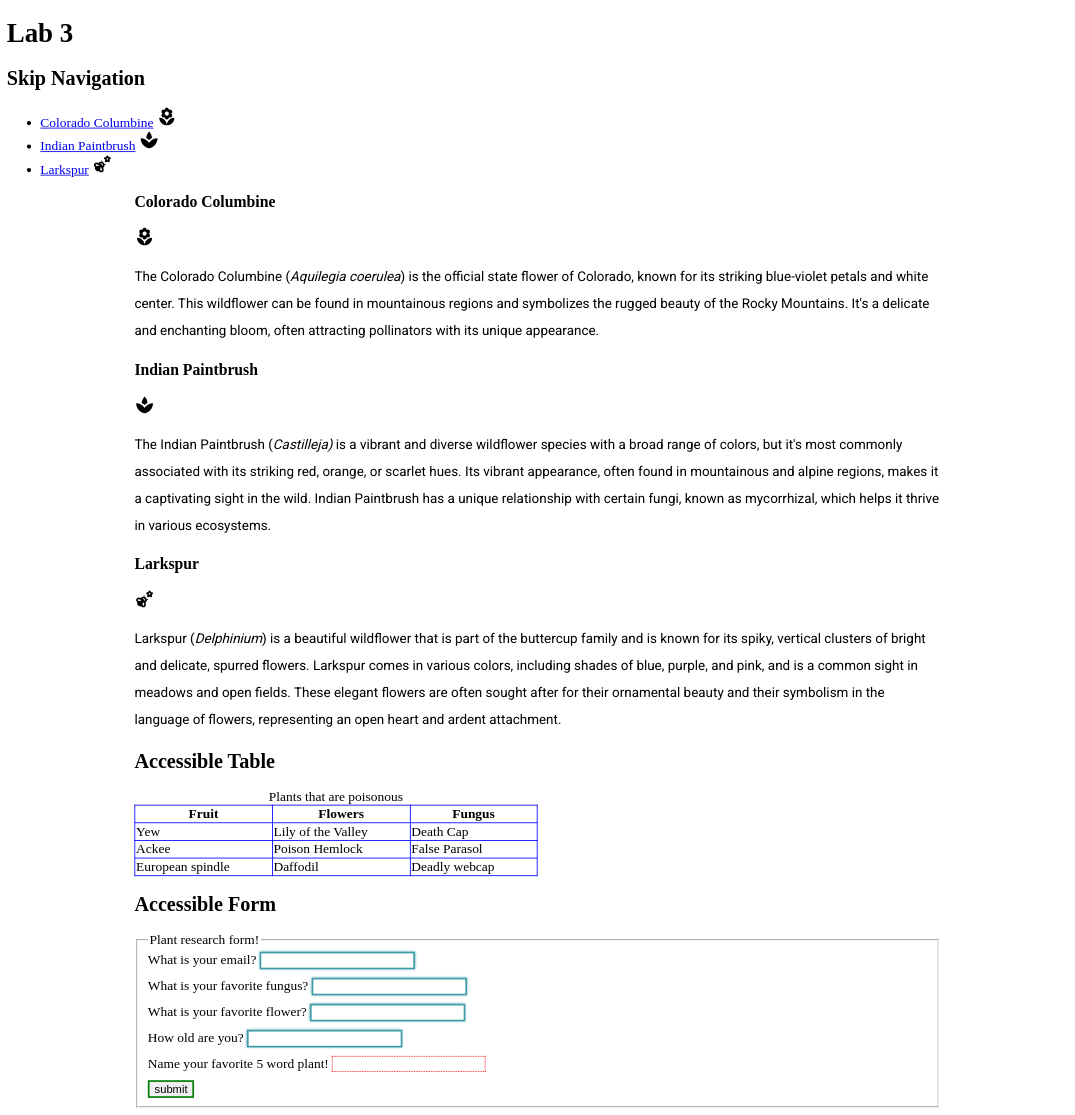
Repository: ethan-schrauf/UniversalDesignWebsite
Page: lab3.html
An editor plug-in stored every save of this project. The page is shown before and after the next save, followed by the edit.
The browser window is 1280 px wide. The pictures show the whole page, at 84% of full size.

Above is the page before, as saved 2023-10-26 12:07:07.

### lab3.html

<!DOCTYPE html>
<html lang="en">
<head>
  <meta charset="UTF-8">
  <meta name="viewport" content="width=device-width, initial-scale=1.0">
  <meta http-equiv="X-UA-Compatible" content="ie=edge">
  <title>Lab 3</title>
  <link href="lab3.css" rel="stylesheet">
</head>
<body>
  <a href="#main-content" class="skip-link">Skip Navigation</a>
  <h1>Lab 3</h1>


    <h2>Skip Navigation</h2>
        <nav>
          <h2 class="sr-only">Main Navigation</h2>
            <ul>
                <li><a href="#colorado-columbine">Colorado Columbine</a> <span aria-hidden="true"
                        class="material-icons">local_florist</span></li>
                <li><a href="#indian-paintbrush">Indian Paintbrush</a> <span aria-hidden="true"
                        class="material-icons">spa</span></li>
                <li><a href="#larkspur">Larkspur</a> <span aria-hidden="true"
                        class="material-icons">emoji_nature</span></li>
            </ul>
        </nav>
        <div class = "container" >
  <main id="main-content">
  <section id="colorado-columbine">
    <h3>Colorado Columbine</h3>
    <span aria-hidden="true" class="material-icons">local_florist</span>
    <p>The Colorado Columbine (<i>Aquilegia coerulea</i>) is the official state flower of Colorado, known for its
        striking blue-violet petals and white center. This wildflower can be found in mountainous regions and
        symbolizes the rugged beauty of the Rocky Mountains. It's a delicate and enchanting bloom, often
        attracting pollinators with its unique appearance.</p>
</section>

<section id="indian-paintbrush">
  <h3>Indian Paintbrush</h3>
  <span aria-hidden="true" class="material-icons">spa</span>
  <p>The Indian Paintbrush (<i>Castilleja)</i> is a vibrant and diverse wildflower species with a broad range of
      colors, but it's most commonly associated with its striking red, orange, or scarlet hues. Its vibrant
      appearance, often found in mountainous and alpine regions, makes it a captivating sight in the wild.
      Indian Paintbrush has a unique relationship with certain fungi, known as mycorrhizal, which helps it
      thrive in various ecosystems.</p>
</section>
<section id="larkspur">
  <h3>Larkspur</h3>
  <span aria-hidden="true" class="material-icons">emoji_nature</span>
  <p>Larkspur (<i>Delphinium</i>) is a beautiful wildflower that is part of the buttercup family and is known for
      its spiky, vertical clusters of bright and delicate, spurred flowers. Larkspur comes in various
      colors, including shades of blue, purple, and pink, and is a common sight in meadows and open
      fields. These elegant flowers are often sought after for their ornamental beauty and their symbolism
      in the language of flowers, representing an open heart and ardent attachment.</p>
</section>



<!-- TABLE -->
  <!-- A sandwhich and each sandwhich needs a name -->
  <section id="table">
  <h2>Accessible Table</h2>
  <table>
      <caption>Plants that are poisonous</caption>
      <thead>
          <tr>
              <th scope="col">Fruit</th>
              <th scope="col">Flowers</th>
              <th scope="col">Fungus</th>
          </tr>
      </thead>
      <tbody>
          <tr>
              <td>Yew</td>
              <td>Lily of the Valley</td>
              <td>Death Cap</td>
          </tr>
          <tr>
              <td>Ackee</td>
              <td>Poison Hemlock</td>
              <td>False Parasol</td>
          </tr>
          <tr>
              <td>European spindle</td>
              <td>Daffodil</td>
              <td>Deadly webcap</td>
          </tr>
      </tbody>
  </table>
</section>

<!-- zif there's a section within a section use an h3  add hyphens to section ids-->
  <section id="accessible-form">
  <h2>Accessible Form</h2>
    <form id="myform" method="post">
    <fieldset>
      <legend>Plant research form!</legend>

      <label for="email">
      What is your email?
      <input type="email" id="email">
      </label>

      <label for="website">
      What is your favorite fungus?
      <input type="url" id="website">
      </label>

      <label for="phone">
      What is your favorite flower?
      <input type="tel" id="phone" minlength="7">
      </label>

      <label for="age">
      How old are you?
      <input type="number" id="age" min="0">
      </label>

      <label for="password">
      Name your favorite 5 word plant!
      <input type="text" id="password" maxlength="5" minlength="5" required>
      </label>


    <input type="submit" value="submit">
    </fieldset>
    </form>
  </section>
</main>
</div>
</body>
</html>

### lab3.css
@import url('https://fonts.googleapis.com/icon?family=Material+Icons');
@import url('https://fonts.googleapis.com/css2?family=Roboto&display=swap');


.skip-link {
  background: black;
  color: #fff;
  font-weight: 700;
  padding: 4px;
  position: absolute;
  transform: translateY(-200%);
}

.skip-link:focus {
  transform: translateY(-100%);
}

.skip-link {
  /* Same as  before */
  transition: transform 0.3s;
}

p {
    font-family: 'Roboto', sans-serif;
    line-height: 2em;
}

table {
  border: 2px solid blue;
}

table, th, td {
  border-collapse: collapse;
  border: 1px solid blue;
}
td {
  border-collapse: collapse;
  padding-right: 50px;
}


input:focus {
  background: black;
  color: white;

}
input:valid {
  border: 2px solid green;
}

input:invalid {
  border: 1px dotted red;
}

label
 {
  display: block;
  margin-bottom: 10px;
}

input:not([type="submit"]):valid {
    border-color: #3d9ca8;
    box-shadow: 0 0 3px #3d9ca8;
}

input:not([type="submit"]) + .inputRequirements {
  overflow: hidden;
  max-height: 0;
  transition: max-height 1s ease-out;
}

input:not([type="submit"]):hover + .inputRequirements,
input:not([type="submit"]):focus + .inputRequirements,
input:not([type="submit"]):active + .inputRequirements {
  max-height: 1000px;
  transition: max-height 1s ease-in;
}

.container {
  margin: 0 auto;
  max-width: 960px;
}

/* CHANGE WHEN I TURN IN */
.skip-link {
  background: lavender;
  color: black;
  font-weight: 700;
  padding: 4px;
  position: absolute;
  transform: translate(-200%);
}

.skip-link:focus {
  transform: translate(0%);
}

.skip-link {
  transition: transform 0.5s;
}

/* Add the .sr-only class styles */
.sr-only {
  border: 0;
  clip: rect(0, 0, 0, 0);
  height: 1px;
  margin: -1px;
  overflow: hidden;
  padding: 0;
  position: absolute;
  white-space: nowrap;
  width: 1px;
}

/* highlight text */
/* detailed summary */
/* bold and italicize words you can just bold a few words */
/* footer */

After the next save:
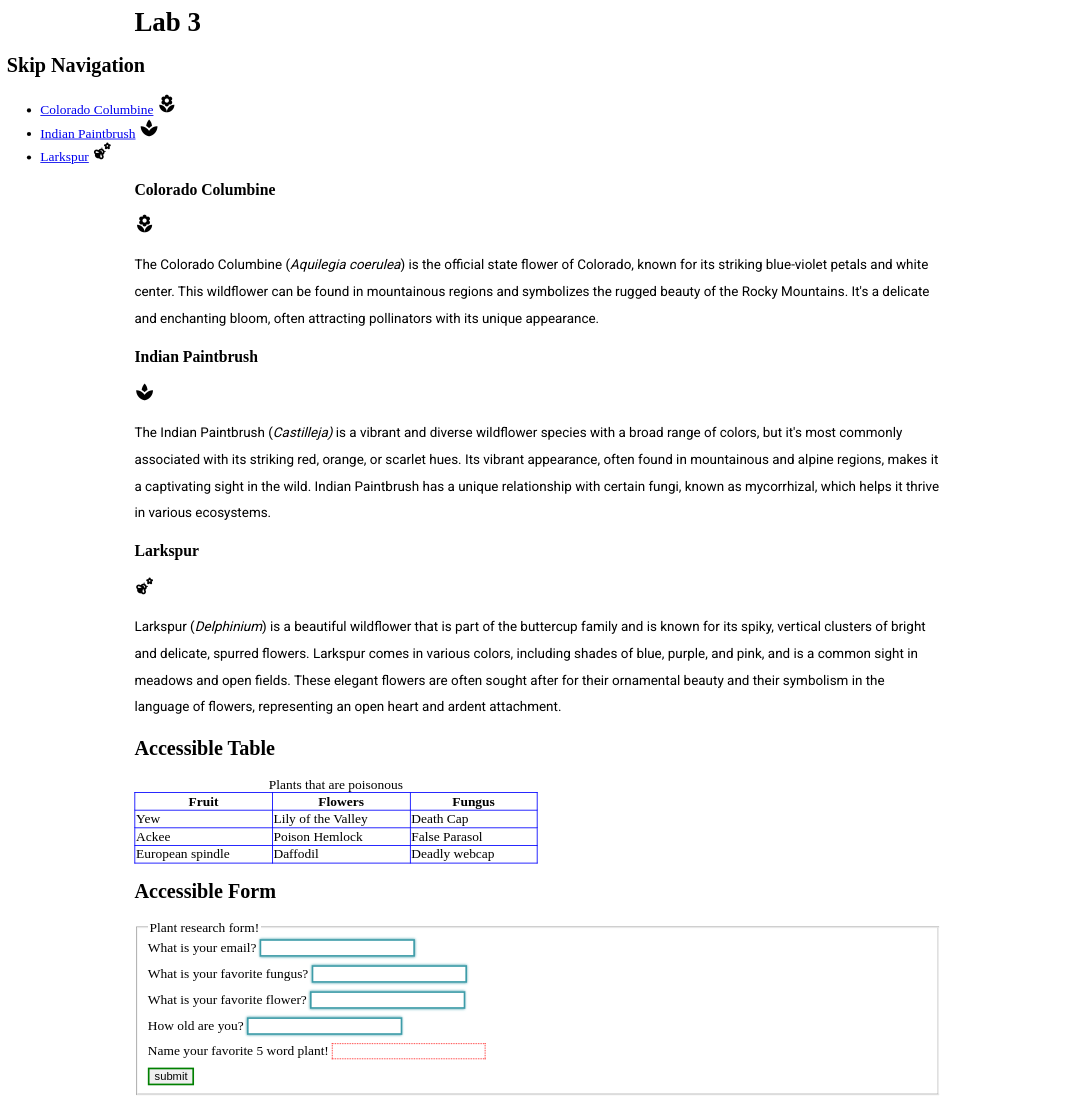
Saved 4 min 18 s later.
--- a/lab3.css
+++ b/lab3.css
@@ -81,7 +81,12 @@ input:not([type="submit"]):active + .inputRequirements {
   max-width: 960px;
 }
 
-/* CHANGE WHEN I TURN IN */
+h1 {
+  margin: 0 auto;
+  max-width: 960px;
+}
+
+
 .skip-link {
   background: lavender;
   color: black;
